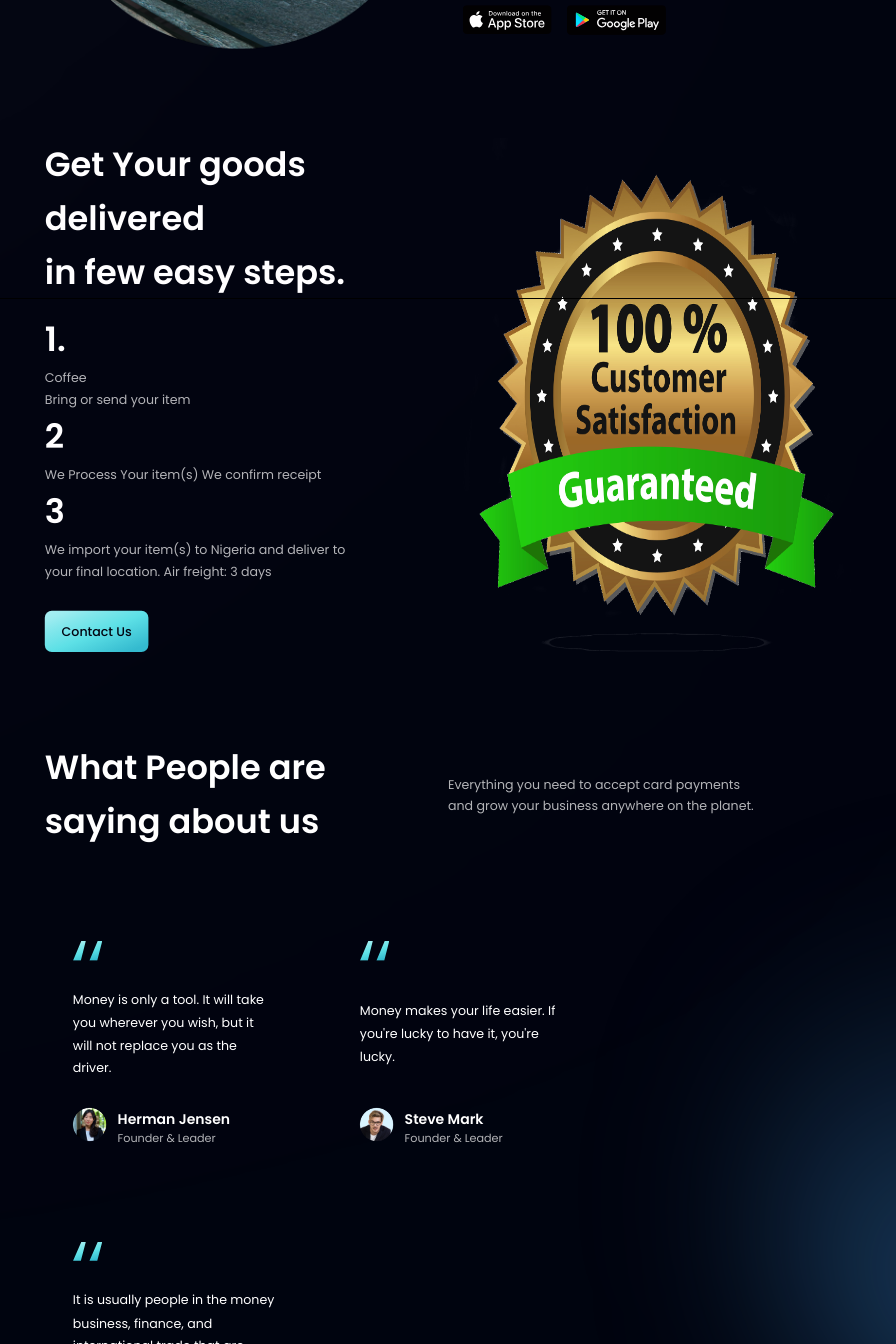
Repository: Miracleoluebube/captionlogistics
Page: /
An editor plug-in stored every save of this project. The page is shown before and after a run of saves, followed by the edit.
The browser window is 1280 px wide. The pictures show the part of the page from y = 2478 to 4398 px (the page is 5615 px tall before and 5646 px after), at 70% of full size.
The project was rebuilt for these pictures with package versions that can differ from the ones it lists, and the page was loaded fresh each time. Also part of the build but not shown: vite.config.js.

Above is the page before, as saved 2022-10-02 18:00:40.

After the next 3 saves:
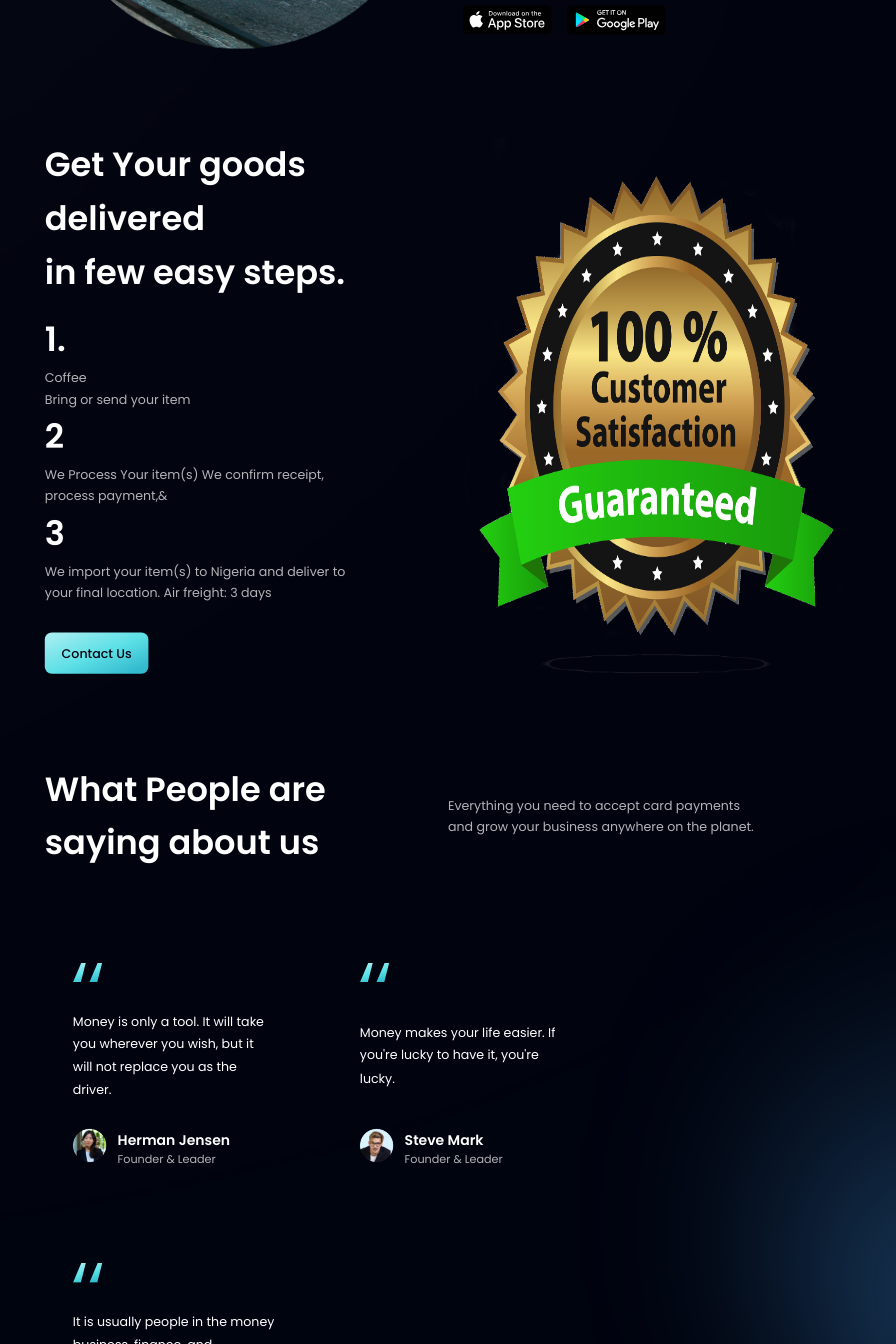
The 3 saves are shown as one change because they came seconds apart.
The last was saved 11 s later.
--- a/src/components/CardDeal.jsx
+++ b/src/components/CardDeal.jsx
@@ -17,7 +17,7 @@
   </h2>
   <li className={styles.heading2}>2</li>
   <li>We Process Your item(s)
-    We confirm receipt
+    We confirm receipt, process payment,&
   </li>
   <li className={styles.heading2}>3</li>
   <li>We import your item(s) to Nigeria and deliver to your final location. Air freight: 3 days </li>
